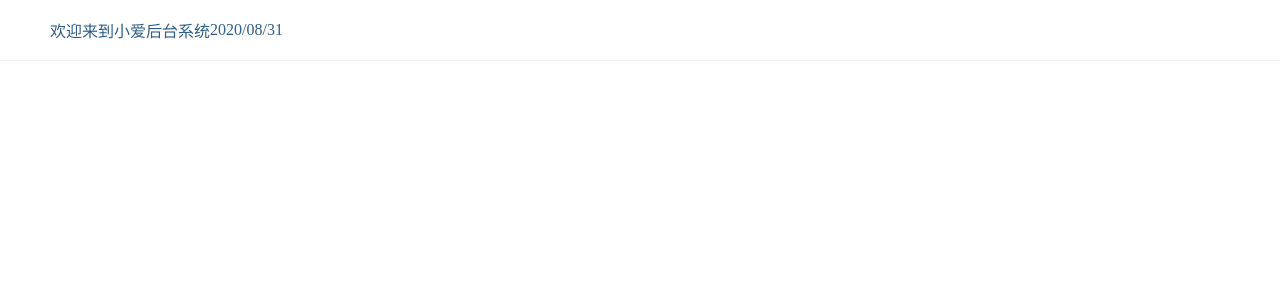
Repository: ZHANG-0714/backstage
Page: /
These files come from the project's save history. The page is drawn as it stood at one moment and after the next save; the edit follows.
The browser window is 1280 px wide. The pictures show the whole page.
The project was rebuilt for these pictures with package versions that can differ from the ones it lists, and the page was loaded fresh each time. Also part of the build but not shown: vue.config.js, src/views/Home.vue.

Above is the page before, as saved 2020-08-31 16:17:16.

### public/index.html
<!DOCTYPE html>
<html lang="en">

<head>
  <meta charset="utf-8">
  <meta http-equiv="X-UA-Compatible" content="IE=edge">
  <meta name="viewport" content="width=device-width,initial-scale=1.0">
  <link rel="icon" href="<%= BASE_URL %>favicon.ico">
  <title><%= htmlWebpackPlugin.options.title %></title>
</head>

<body>
  <noscript>
    <strong>We're sorry but <%= htmlWebpackPlugin.options.title %> doesn't work properly without JavaScript enabled.
      Please enable it to continue.</strong>
  </noscript>
  <div id="app"></div>
  <!-- built files will be auto injected -->

  <!--[if lte IE 9]>
    <div style='position:absolute; top: 50%; left:50%; margin-top: -50px;margin-left: -400px; align-items: center;justify-content: center;'>
      <div style='width: 800px; height: 100px;text-align: center'>
        <h1>
        您的浏览器版本过低 请下载最新的谷歌浏览器
      </h1>
      <div style='text-align: center;width: 800px'>
        <a href='http://rj.baidu.com/soft/detail/14744.html?ald'>下载谷歌浏览器点此链接</a>
      </div>
      </div>
    </div>
  <![endif]-->
</body>

</html>

### src/App.vue
<template>
  <div id="app">
    <router-view />
  </div>
</template>

<style lang="scss">
@import "../style/Css";
@import '../style/Situation'
</style>

### src/router/index.js
import Vue from 'vue'
import VueRouter from 'vue-router'
import Home from '../views/Home.vue'
import Public from '../views/Public.vue'

Vue.use(VueRouter)

const routes = [
  {
    path: '/home',
    redirect: '/'
  },
  {
    path: '/',
    component: Public,
    children: [
      {
        path: '',
        name: 'Home',
        component: Home,  //首页
        meta: {
          title: "首页"
        }
      },
    ]
  }
]

const router = new VueRouter({
  mode: 'history',
  base: process.env.BASE_URL,
  routes
})

export default router

### src/store/index.js
import Vue from 'vue'
import Vuex from 'vuex'
import user from './user/user'

Vue.use(Vuex)

export default new Vuex.Store({
  state: {
  },
  mutations: {
  },
  actions: {
  },
  modules: {
    user
  }
})

### style/Css.css
* {
	margin: 0;
	padding: 0;
}

.flex {
	display: flex;
}

.justify-content {
	justify-content: center;
}

.align-items {
	align-items: center;
}

.space-around {
	justify-content: space-around;
}

.space-between {
	justify-content: space-between;
}

.flex-direction {
	flex-direction: column;
}

.flex-end {
	align-items: flex-end;
}

.text-overflow {
	overflow: hidden;
	text-overflow: ellipsis;
	display: -webkit-box;
	-webkit-line-clamp: 1;
	-webkit-box-orient: vertical;
}

.opacity {
	opacity: 0.9;
}

.filter {
	filter: blur(30px);
	z-index: -1;
}

.flex-wrap {
	flex-wrap: wrap;
}

.position {
	position: fixed;
}

### style/Situation.scss
.el-card--header--img--doos {
    .el-card__header {
        border-bottom: 1px solid #535353;
    }
    .el-form-item__label{
        padding: 0;
    }
}

### src/views/Public.vue
<template>
  <!-- 公共 -->
  <div>
    <headTop></headTop>
  </div>
</template>

<script>
import headTop from "../components/public/headTop";
export default {
  name: "",
  props: {},
  components: {
    headTop,
  },
  data() {
    return {};
  },
  methods: {},
  mounted() {},
  watch: {},
  computed: {},
};
</script>

<style scoped lang='scss'>
</style>

### src/store/user/user.js
import api from '../../http/api'
import router from '../../router'
import { Message } from 'element-ui'

export default {
    // 开启命名空间 这个文件就是单独的一个vuex的模块
    namespaced: true,
    state: {
        menus: []
    },
    mutations: {
        seMenus(state, data) {
            state.menus = data
        }
    },
    actions: {
        //所有的请求都写在actions里面
        // actions 里面的方法可以传两个参数，第一个参数是整个store(vuex对象) 第二个参数是请求的参数
        async getMenus({ commit }) {
            let res = await api.getMenus()
            if (res.meta.status === 200) {
                // 提交mutation
                commit('setMenus', res.data)
            }
        },
        //登录
        async login({ commit }, { username, password }) {
            let res = await api.login({
                username,
                password
            })
            console.log(commit);
            console.log(res);
            if (res.meta.status === 200) {
                // 存储信息
                localStorage.setItem('adminToken', res.data.toke)
                localStorage.setItem('adminUser', JSON.stringify(res.data))
                // 跳转路由
                router.push('/')
                // 提示用户
                Message.success('登录成功')
            }
        }
    },
}

### src/components/public/headTop.vue
<template>
  <!-- 头部组件 -->
  <div class="top flex align-items">
    <div class="name">欢迎来到小爱后台系统</div>
    <div>
      <div>{{time}}</div>
    </div>
  </div>
</template>

<script>
import dayjs from "dayjs";
export default {
  name: "",
  props: {},
  components: {},
  data() {
    return {
      time: "", //获取当前登录时间
    };
  },
  methods: {},
  mounted() {
    //  获取当前登录时间
    this.time = dayjs().format("YYYY/MM/DD");
    console.log(this.time);
  },
  watch: {},
  computed: {},
};
</script>

<style scoped lang='scss'>
.top {
  height: 60px;
  padding: 0 50px;
  border-bottom: 1px solid #f0f2f5;
  color: #2e5e85;
}
</style>

### src/http/api.js
import service from './index'

export default {
    login({ username, password }) {
        return service.post('/login', {
            username,
            password
        })
    }
}

### src/http/index.js
import axios from 'axios'
import nprogress from 'nprogress'
import { Message } from 'element-ui'

//运行环境：本地环境:devlpment 和线上（生产）环境：production
const ispro = process.env.NODE_ENV === 'production'

//创建一个axios的实例
const service = axios.create({
    //基础路径:需要根据当前的运行环境来判断
    baseURL: ispro ? '线上接口路径' : '/api',
    //超时时间
    timeout: 100000
})

// 请求拦截：每一次发请求都会做的事
service.interceptors.request.use((config) => {
    nprogress.start()
    //前后端鉴权
    //jwt：JSON WEB TOKEN
    //登录成功后 后端会返回一个令牌
    let token = localStorage.getItem('abminToken')
    if (token) {
        config.headers['Authorization'] = token
    }
    return config
}, err => {
    nprogress.done()
    return Promise.reject(err)
})

//响应拦截：每一次接口返回数据的时候都会做的事
service.interceptors.response.use((res) => {
    nprogress.done()
    return res.data
}, err => {
    if (err.response && err.response.status) {
        // 错误请求的状态码
        let status = err.response.status
        if (status === 400) {
            Message.error('参数错误')
        }
        if (status === 401) {
            Message.error('登录过期，请重新登录')
        }
        if (status === 403) {
            Message.error('没有权限')
        }
        if (status === 404) {
            Message.error('接口路径错误')
        }
        if (status === 500) {
            Message.error('服务器出错')
        }
        if (status === 503) {
            Message.error('服务器在维护')
        }
    }
    return Promise.reject(err)
}
)

export default service

Loaded but not shown: src/main.js (common file)

After the next save:
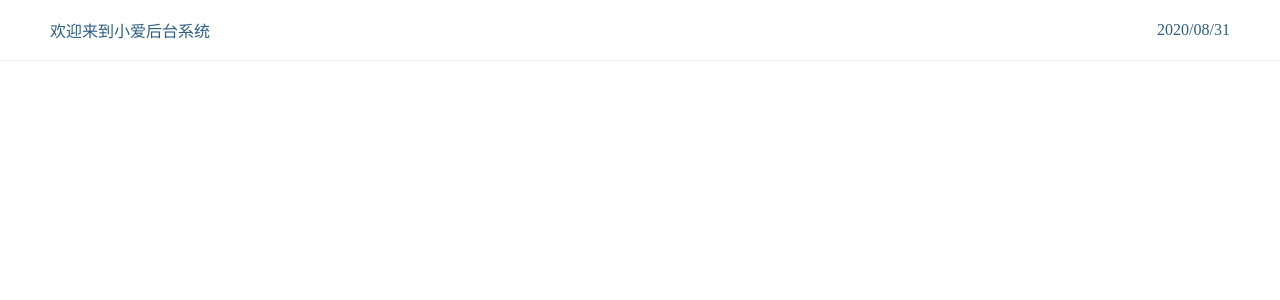
Saved 30 s later.
--- a/src/components/public/headTop.vue
+++ b/src/components/public/headTop.vue
@@ -1,6 +1,6 @@
 <template>
   <!-- 头部组件 -->
-  <div class="top flex align-items">
+  <div class="top flex align-items space-between">
     <div class="name">欢迎来到小爱后台系统</div>
     <div>
       <div>{{time}}</div>
